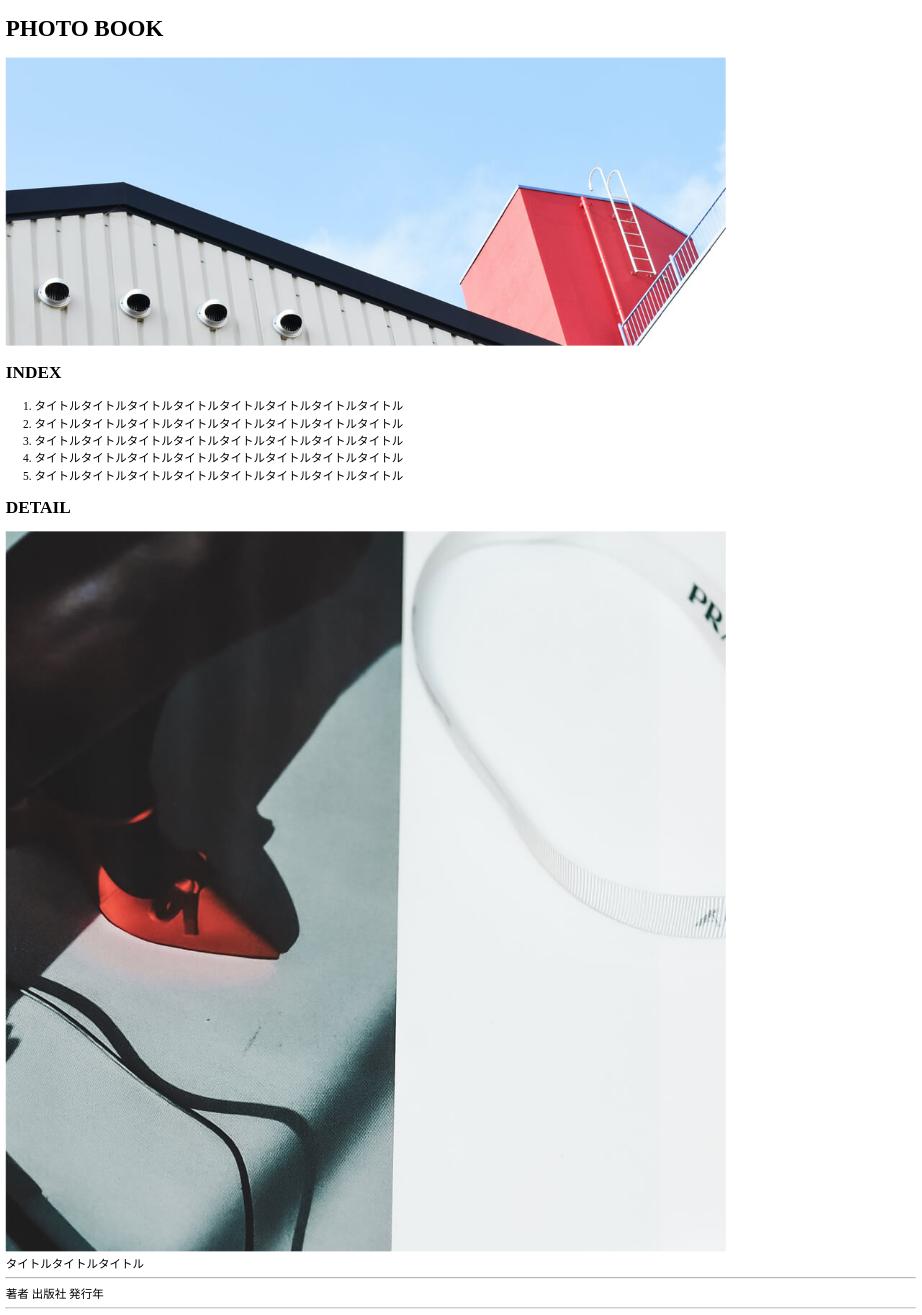
Repository: daytime/LP-study
Page: photo_book/index.html
An editor plug-in stored every save of this project. The page is shown before and after the next save, followed by the edit.
The browser window is 1280 px wide. The pictures show the whole page, at 72% of full size.

Above is the page before, as saved 2025-01-29 12:12:17.

### photo_book/index.html
<!DOCTYPE html>
<html lang="ja">
  <head>
    <meta charset="UTF-8" />
    <meta name="viewport" content="width=device-width, initial-scale=1.0" />
    <style>
      @import url(./style.css);
    </style>
    <title>PHOTO BOOK</title>
  </head>
  <body>
    <header>
      <h1>PHOTO BOOK</h1>
    </header>
    <img src="img/mainvisual.jpg" alt="ロゴ" />
    <aside>
      <section id="index">
        <div>
          <h2>INDEX</h2>
          <ol number="1">
            <li>
              タイトルタイトルタイトルタイトルタイトルタイトルタイトルタイトル
            </li>
            <li>
              タイトルタイトルタイトルタイトルタイトルタイトルタイトルタイトル
            </li>
            <li>
              タイトルタイトルタイトルタイトルタイトルタイトルタイトルタイトル
            </li>
            <li>
              タイトルタイトルタイトルタイトルタイトルタイトルタイトルタイトル
            </li>
            <li>
              タイトルタイトルタイトルタイトルタイトルタイトルタイトルタイトル
            </li>
          </ol>
        </div>
      </section>
      <section id="detail">
        <div class="fully">
          <h2>DETAIL</h2>
          <div>
            <div class="syousai">
              <img class="img" src="img/detail.jpg" alt="絵" />
              <div>
                タイトルタイトルタイトル
                <hr />
                著者 出版社 発行年
                <hr />
              </div>
            </div>
          </div>
        </div>
      </section>
    </aside>
  </body>
</html>

### photo_book/style.css
.index {
  color: red;
}

After the next save:
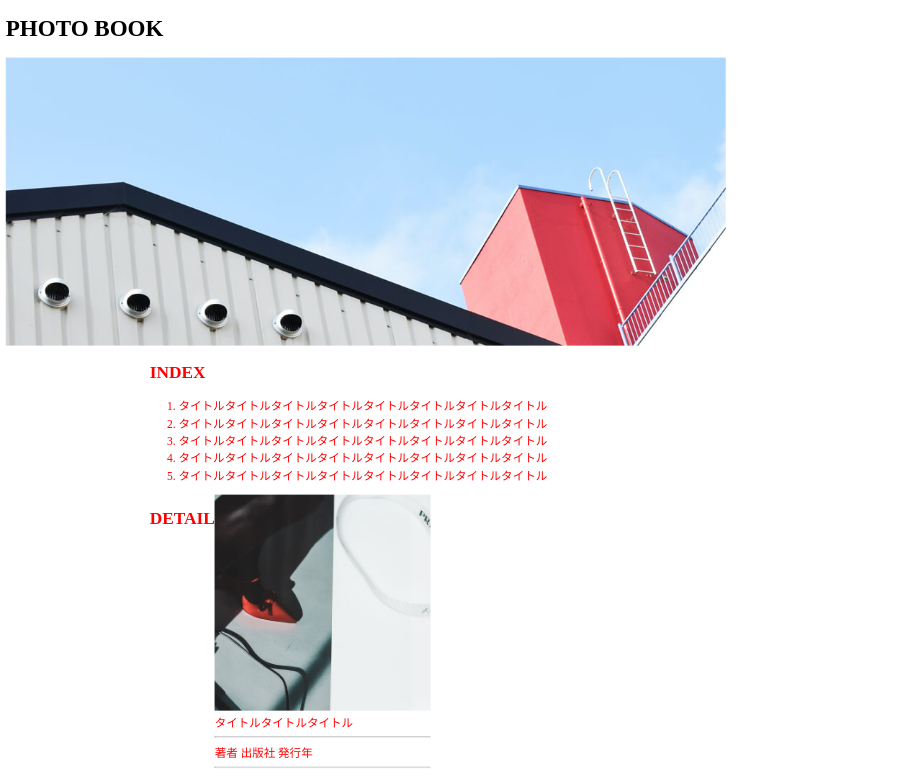
Saved 30 s later.
--- a/photo_book/style.css
+++ b/photo_book/style.css
@@ -1,3 +1,30 @@
-.index {
+#index {
   color: red;
+  margin-left: 200px;
+  display: flex;
+  flex-direction: column;
 }
+
+.h2 {
+}
+
+.img {
+  width: 300px;
+}
+
+#detail {
+  color: red;
+  margin-left: 200px;
+  display: flex;
+  flex-direction: row;
+}
+
+.detail {
+  display: flex;
+  flex-direction: column;
+}
+
+.fully {
+  display: flex;
+  flex-direction: row;
+}
